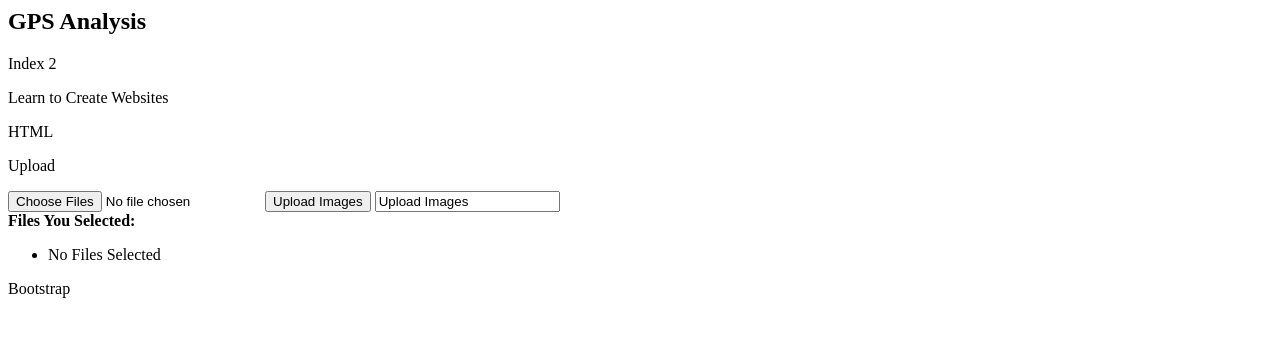
Repository: hanjangchen/Raspberry
Page: prjGAEGPSAnalysis/prjGPSAnalysis/src/static/my_ng_templates/desktop/index_2.html
An editor plug-in stored every save of this project. The page is shown before and after the next save, followed by the edit.
The browser window is 1280 px wide. The pictures show the whole page.

Above is the page before, as saved 2014-10-31 02:50:53.
Console error: ReferenceError: $ is not defined

### prjGAEGPSAnalysis/prjGPSAnalysis/src/static/my_ng_templates/desktop/index_2.html
<!-- sub-template for index page -->
<div>
	<h2>GPS Analysis</h2>
	<my-index-gps-data>
	<p>Index 2</p>
	</my-index-gps-data>
</div>

<!-- content block -->
<div class="container-fluid">
	<div class="jumbotron">
		<p>Learn to Create Websites</p>
	</div>
	<div class="row">
		<div class="col-xs-4 col-sm-4 col-md-4 col-lg-4 ">
			<p>HTML</p>
		</div>
		<div class="col-xs-4 col-sm-4 col-md-4 col-lg-4">
			<p>Upload</p>

			<section>

				<input type="file" id="images_for_upload" name="images_for_upload"
					multiple="true" value="Add Images" accept="image/*" required="required"> <input type="submit"
					value="Upload Images">
				<input value="Upload Images">
			</section>
			<section>
				<strong>Files You Selected:</strong>
				<ul id="files_list">
					<li>No Files Selected</li>
				</ul>
			</section>
		</div>
		<div class="col-xs-4 col-sm-4 col-md-4 col-lg-4">
			<p>Bootstrap</p>
		</div>
	</div>
</div>

<!-- js libs -->
<script type="text/javascript" src="/js/plugin_mis/numeric-1.2.6.min.js"></script>
<script type="text/javascript"
	src="/js/plugin_mis/particle_swarm_optimization.js"></script>
<script type="text/javascript">
<!--
	$('#images_for_upload')
			.change(
					function() {

						var input = document
								.getElementById("images_for_upload");
						var ul = document.getElementById("files_list");
						var toolarge = "";
						var maxsize = 1024000;
						while (ul.hasChildNodes()) {
							ul.removeChild(ul.firstChild);
						}
						for ( var i = 0; i < input.files.length; i++) {

							if(input.files[i].size>maxsize){
								toolarge += input.files[i].name + "\n";
							}
							else{
								var li = document.createElement("li");
								li.innerHTML = input.files[i].name;
								ul.appendChild(li);
							}

						}
						if (!ul.hasChildNodes()) {
							var li = document.createElement("li");
							li.innerHTML = 'No Files Selected';
							ul.appendChild(li);
						}

						//
						if (toolarge != "") {
							alert("These images were not uploaded due to size limit of 1MB\n"
									+ toolarge);
						}
					});
//-->
</script>

### prjGAEGPSAnalysis/prjGPSAnalysis/src/static/javascripts/plugin_mis/particle_swarm_optimization.js
/*
 *  Particles Swarm Optimization
 *  This is a standard PSO to find out optimal solution through out the stochastic spaces
 *  PS: Current test function is (0.007 * x_1 * (-x_2 -1)) * ( cos(x_1 + 0.3) - sin(x_2))+(1 - sin(x_1)) and the optimal value is around -1.798
 * */

var particles_swarm_optimization = {

		// configuration
		config : {
			parameters_range : [[-15, -15],[15, 15]], // ranges of particles;
														// row 1 represent low
														// boundary and row 2
														// represent up boundary
			particles_size : 60, // size of particles swarm
			iteration : 50, // iteration number
			max_min_factor : -1, // 1 means to find max; -1 means to find min
			Emax : Number.MAX_VALUE, // maximum value
			Emin : -Number.MAX_VALUE, // minimum value
			Type : 0, // 0 for real number; 1 for integer

			c1 : 2.05, // cognitive parameter (original value; would be
						// replaced by linear change)
			c2 : 4.1 - 2.05, // c2 = 4.1 - c1 // social parameter (original
								// value; would be replaced by linear change)
			constriction_factor : 0.729, // constrain factor

			diff_of_ranges : [], // ranges of each parameter (from low
									// boundary to up boundary)
			up_boundaries : [], //
			low_boundaries : [], // low boundary

			particles_values : [], // values set of particles
			particles_initial_values : [], // initial values set of particles

			particles_velocity : [], // velocity set of particles
			particles_initial_velocity : [], // can be zero or certain
												// reasonable values based on
												// each particle range

			performance_index_set : [], // performance index set
			performance_initial_index_set : [], // initial performance index set

			learning_rate : 0, // learning rate
			learning_rate_self_param_min : 0.4, // minimum learning rate of
												// particle itself
			learning_rate_self_param_max : 0.9, // maximum learning rate of
												// particle itself
			learning_rate_cognitive_min : 1.9, // minimum learning rate of
												// cognitive parameter
			learning_rate_cognitive_max : 2.1, // maximum learning rate of
												// cognitive parameter
			learning_rate_cognitive : 0,
			learning_rate_social : 0,
			learning_rate_self : 0,

			min_cost : 0, // minimum cost
			min_cost_set : [],
			mean_cost : 0, // mean value
			mean_cost_set : [],
			RMS_cost : 0, // root-mean-square cost
			RMS_cost_set : [],

			local_optimal : 0, // local optimal
			index_local_optimal : 0, // index of global optimal in particles
										// set
			global_optimal : 0, // global optimal
			index_global_optimal : 0, // index of global optimal
			local_optimal_value_set : [],
			local_optimal_particles_set : [],
			global_optimal_value_set : [],
			global_optimal_particles_set : [],

		},

		// initialization function
		init_pso : function(){
			/* new */
			this.config.low_boundaries = this.config.parameters_range[0];
			this.config.up_boundaries = this.config.parameters_range[1];
			this.config.diff_of_ranges = numeric.sub(this.config.up_boundaries, this.config.low_boundaries);

			// init particles' values
			this.config.particles_values = numeric.random([this.config.particles_size, this.config.parameters_range[0].length]);
			this.config.particles_values = numeric.dotMMbig(this.config.particles_values, [[this.config.diff_of_ranges[0], 0], [0, this.config.diff_of_ranges[1]]]);
			var temp_low_boundaries_matrix = numeric.rep([this.config.particles_size], this.config.low_boundaries);
			this.config.particles_values = numeric.add(this.config.particles_values, temp_low_boundaries_matrix);

			// init particles velocity
			this.config.particles_velocity = numeric.rep([this.config.particles_size], [0, 0]);

			// evaluate init particles set
			for(var ith = 0; ith < this.config.particles_size; ith++){
				temp_particle_values = this.config.particles_values[ith];

				var performance_index = (0.007 * temp_particle_values[0] * (-temp_particle_values[1]-1)) * (Math.cos(temp_particle_values[0]+0.3) - Math.sin(temp_particle_values[1]))+(1-Math.sin(temp_particle_values[0]));
				if (performance_index > this.config.Emax){
					performance_index = this.config.Emax;
				}
				if (performance_index < this.config.Emin){
					performance_index = this.config.Emin;
				}
				this.config.performance_initial_index_set.push(performance_index);
			}

			// update optimal
			var temp_cost = numeric.mul(- this.config.max_min_factor, this.config.performance_initial_index_set);
			this.config.min_cost = Math.min.apply(Math, temp_cost);
			this.config.min_cost_set = numeric.rep([this.config.particles_size], this.config.min_cost);
			this.config.global_optimal = this.config.min_cost;
			var temp_min_index = temp_cost.indexOf(this.config.min_cost);
			var temp_optimal_particle = this.config.particles_values[temp_min_index];

			this.config.local_optimal_particles_set = numeric.rep([this.config.particles_size], temp_optimal_particle);
			this.config.global_optimal_particles_set = this.config.local_optimal_particles_set;
			this.config.local_optimal_value_set = numeric.rep([this.config.particles_size], this.config.min_cost);

			this.config.mean_cost = numeric.sum(temp_cost) / this.config.particles_size;

		},

		// go through iteration
		go_iteration : function(){
			for(var ith = 0; ith < this.config.iteration; ith++ ){
				this.config.learning_rate_self = this.config.learning_rate_self_param_max - (this.config.learning_rate_self_param_max - this.config.learning_rate_self_param_min) * (ith + 1) / this.config.iteration;

				this.config.learning_rate_cognitive = this.config.learning_rate_cognitive_max - (this.config.learning_rate_cognitive_max - this.config.learning_rate_cognitive_min) * (ith + 1) / this.config.iteration; //
				this.config.learning_rate_social = 4.1 - this.config.learning_rate_cognitive;

				var random_factor_cognitive = numeric.random([this.config.particles_size, this.config.parameters_range[0].length]);
				var random_factor_social = numeric.random([this.config.particles_size, this.config.parameters_range[0].length]);

				var temp_updated_velocity = [];
				var updated_self_learning_rate = numeric.mul(this.config.learning_rate_self, this.config.particles_velocity);

				var updated_cognitive_learning_rate = numeric.sub(this.config.local_optimal_particles_set, this.config.particles_values );
				updated_cognitive_learning_rate = numeric.mul(this.config.learning_rate_cognitive, random_factor_cognitive, updated_cognitive_learning_rate);

				var updated_social_learning_rate = numeric.sub(this.config.global_optimal_particles_set, this.config.particles_values);
				updated_social_learning_rate = numeric.mul(this.config.learning_rate_social, random_factor_social, updated_social_learning_rate);

				temp_updated_velocity = numeric.add(updated_self_learning_rate, updated_cognitive_learning_rate, updated_social_learning_rate);

				// update velocity
				this.config.particles_velocity = numeric.mul(this.config.constriction_factor, temp_updated_velocity);


				// update particles' values
				this.config.particles_values = numeric.add(this.config.particles_values, this.config.particles_velocity);


				// find out values outside boundaries
				var low_boundaries_set = numeric.rep([this.config.particles_size], this.config.low_boundaries);
				var up_boundaries_set = numeric.rep([this.config.particles_size], this.config.up_boundaries);

				var outside_min_boundary = numeric.leq(this.config.particles_values, low_boundaries_set);
				var not_outside_min_boundary = numeric.not(outside_min_boundary);
				var min_replaced_values = numeric.mul(outside_min_boundary, low_boundaries_set);
				var min_original_values = numeric.mul(not_outside_min_boundary, this.config.particles_values);

				this.config.particles_values = numeric.add(min_replaced_values, min_original_values);

				var outside_max_boundary = numeric.geq(this.config.particles_values, up_boundaries_set);
				var not_outside_max_boundary = numeric.not(outside_max_boundary);
				var max_replaced_values = numeric.mul(outside_max_boundary, up_boundaries_set);
				var max_original_values = numeric.mul(not_outside_max_boundary, this.config.particles_values);

				this.config.particles_values = numeric.add(max_replaced_values, max_original_values);

				// evaluate performance
				var temp_particle_values = 0;
				this.config.performance_index_set = [];
				for(var jth = 0; jth < this.config.particles_size; jth++){
					temp_particle_values = this.config.particles_values[jth];

					var performance_index = (0.007 * temp_particle_values[0] * (-temp_particle_values[1] - 1)) * (Math.cos(temp_particle_values[0] + 0.3) - Math.sin(temp_particle_values[1])) + (1 - Math.sin(temp_particle_values[0]));
					if (performance_index > this.config.Emax){
						performance_index = this.config.Emax;
					}
					if (performance_index < this.config.Emin){
						performance_index = this.config.Emin;
					}
					this.config.performance_index_set.push(performance_index);
				}

				//
				var temp_cost_set = numeric.mul(- this.config.max_min_factor, this.config.performance_index_set);


				var temp_better_cost_set = numeric.lt(temp_cost_set, this.config.local_optimal_value_set);
				var not_temp_better_cost_set = numeric.not(temp_better_cost_set);
				var replaced_cost_set = numeric.mul(temp_better_cost_set, temp_cost_set);
				var original_cost_set = numeric.mul(not_temp_better_cost_set, this.config.local_optimal_value_set);
				this.config.local_optimal_value_set = numeric.add(replaced_cost_set, original_cost_set);

				var better_cost_set = numeric.transpose([temp_better_cost_set, temp_better_cost_set]);
				better_cost_set = numeric.mul(better_cost_set, this.config.particles_values);
				var not_better_cost_set = numeric.transpose([not_temp_better_cost_set, not_temp_better_cost_set]);
				not_better_cost_set = numeric.mul(not_better_cost_set, this.config.local_optimal_particles_set);
				this.config.local_optimal_particles_set = numeric.add(better_cost_set, not_better_cost_set);


				var temp_optimal = Math.min.apply(Math, this.config.local_optimal_value_set);
				var temp_optimal_index = this.config.local_optimal_value_set.indexOf(temp_optimal);
				var pre_global_optimal = this.config.global_optimal;
				if (temp_optimal < this.config.global_optimal){
					this.config.global_optimal = temp_optimal;
					this.config.global_optimal_particles_set = numeric.rep([this.config.particles_size], this.config.particles_values[temp_optimal_index]);

					if (Math.abs(temp_optimal - pre_global_optimal) < numeric.epsilon){
						break;
					}
				}
			}
		},

		// start optimization
		start_optimization : function(){
			this.init_pso();
			this.go_iteration();
			console.log(JSON.stringify(this.config.global_optimal,2,2));
		}
}

// test
particles_swarm_optimization.start_optimization();

Loaded but not shown: prjGAEGPSAnalysis/prjGPSAnalysis/src/static/javascripts/plugin_mis/numeric-1.2.6.min.js (library)

After the next save:
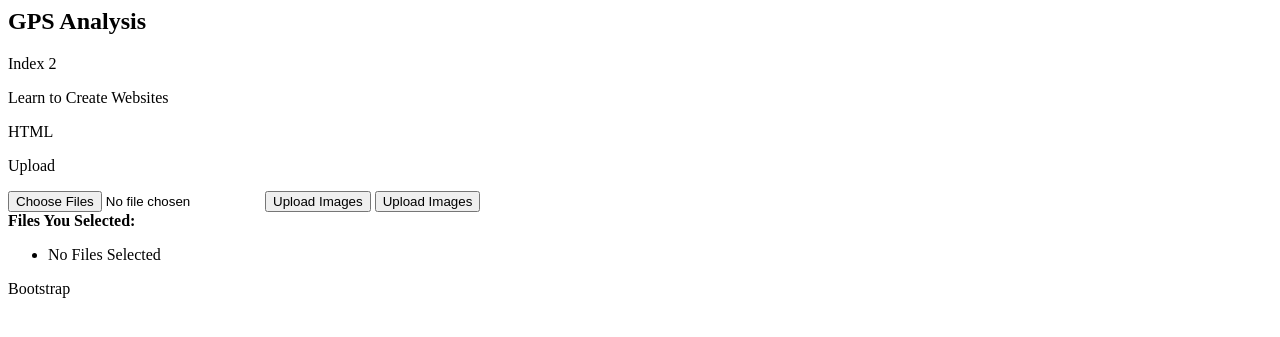
Saved 23 s later.
--- a/prjGAEGPSAnalysis/prjGPSAnalysis/src/static/my_ng_templates/desktop/index_2.html
+++ b/prjGAEGPSAnalysis/prjGPSAnalysis/src/static/my_ng_templates/desktop/index_2.html
@@ -23,7 +23,7 @@
 				<input type="file" id="images_for_upload" name="images_for_upload"
 					multiple="true" value="Add Images" accept="image/*" required="required"> <input type="submit"
 					value="Upload Images">
-				<input value="Upload Images">
+				<input type="button" id="btn_upload" value="Upload Images">
 			</section>
 			<section>
 				<strong>Files You Selected:</strong>
